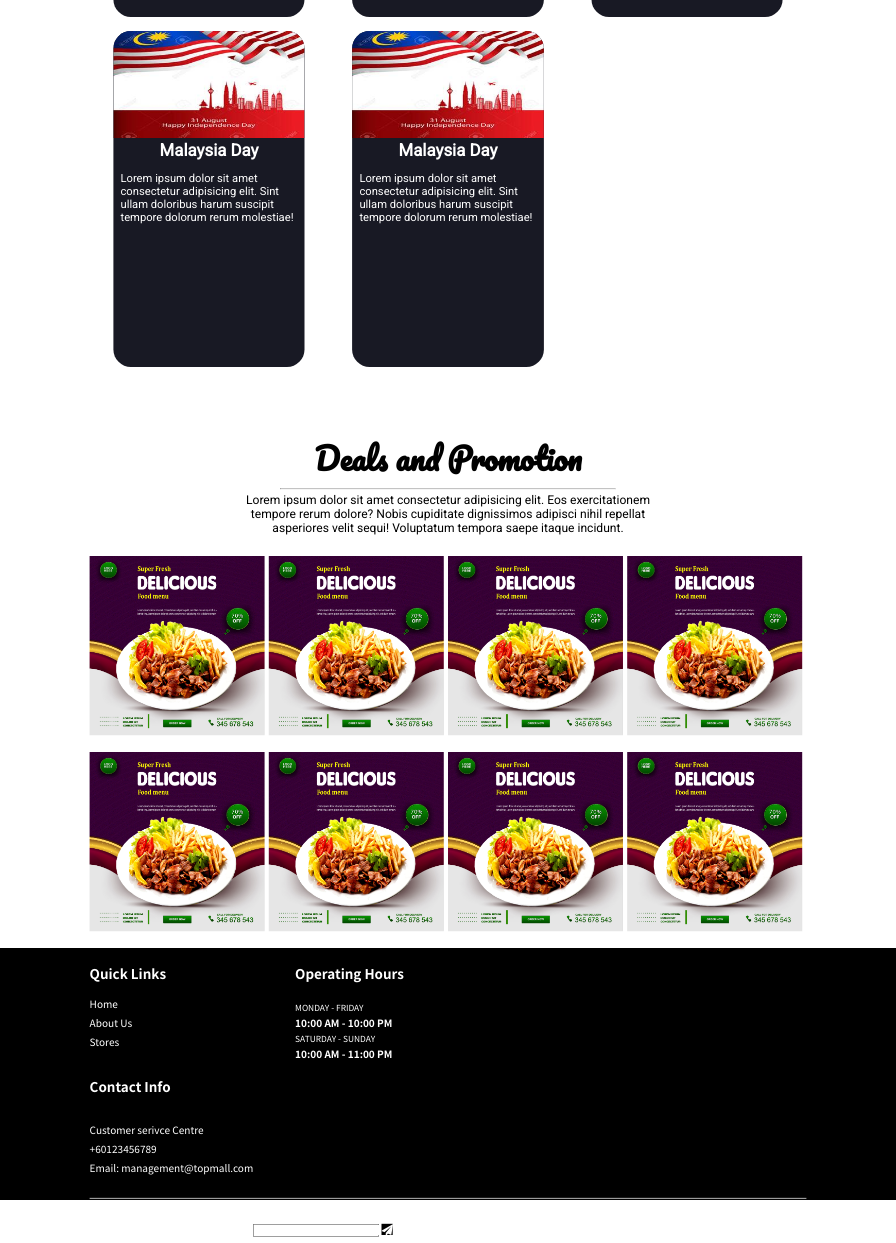
Repository: Jack0Bong/Web-Dev-Assignment
Page: index.html
The author's editor kept a copy of each file at every save. The page is drawn from the files as they stood at one save, then again after the next save.
The browser window is 1280 px wide. The pictures show the part of the page from y = 1225 to 3145 px (the page is 3001 px tall before and 3145 px after), at 70% of full size.

Above is the page before, as saved 2021-09-02 23:49:20.

After the next save:
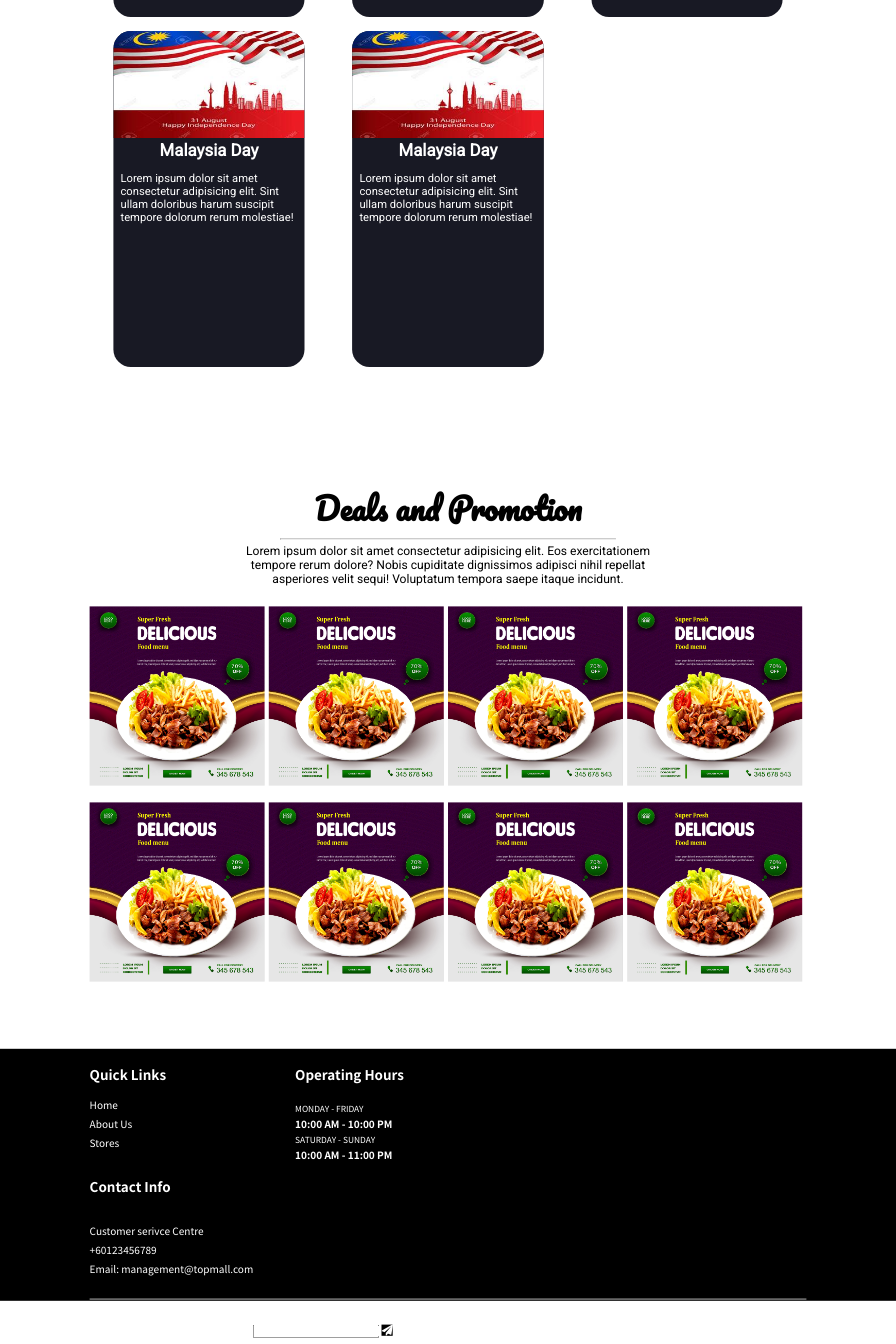
Saved 30 s later.
--- a/css/index.css
+++ b/css/index.css
@@ -140,6 +140,10 @@ to {opacity: 1}
 
 
 /* promotion section styling */
+.promotion-section{
+    margin: 10vh auto 10vh auto
+}
+
 .box-view{
     display: grid;
     grid-template-columns: repeat(4, 1fr);
